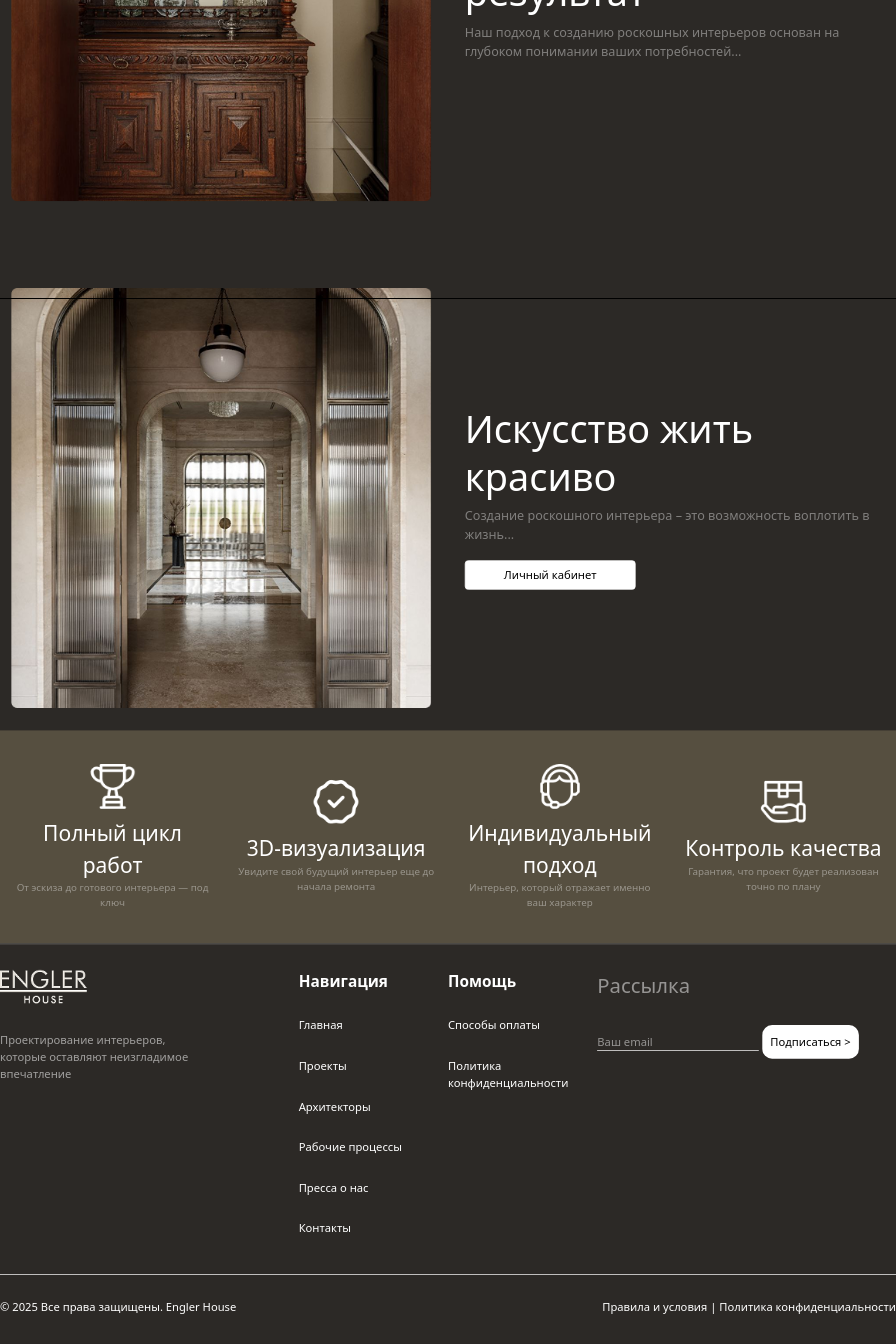
Repository: Quvonch299/figma
Page: pages/index.htm
These files come from the project's save history. The page is drawn as it stood at one moment and after the next save; the edit follows.
The browser window is 1280 px wide. The pictures show the part of the page from y = 2478 to 4398 px (the page is 4398 px tall before and 4288 px after), at 70% of full size.

Above is the page before, as saved 2025-10-06 20:06:42.

After the next save:
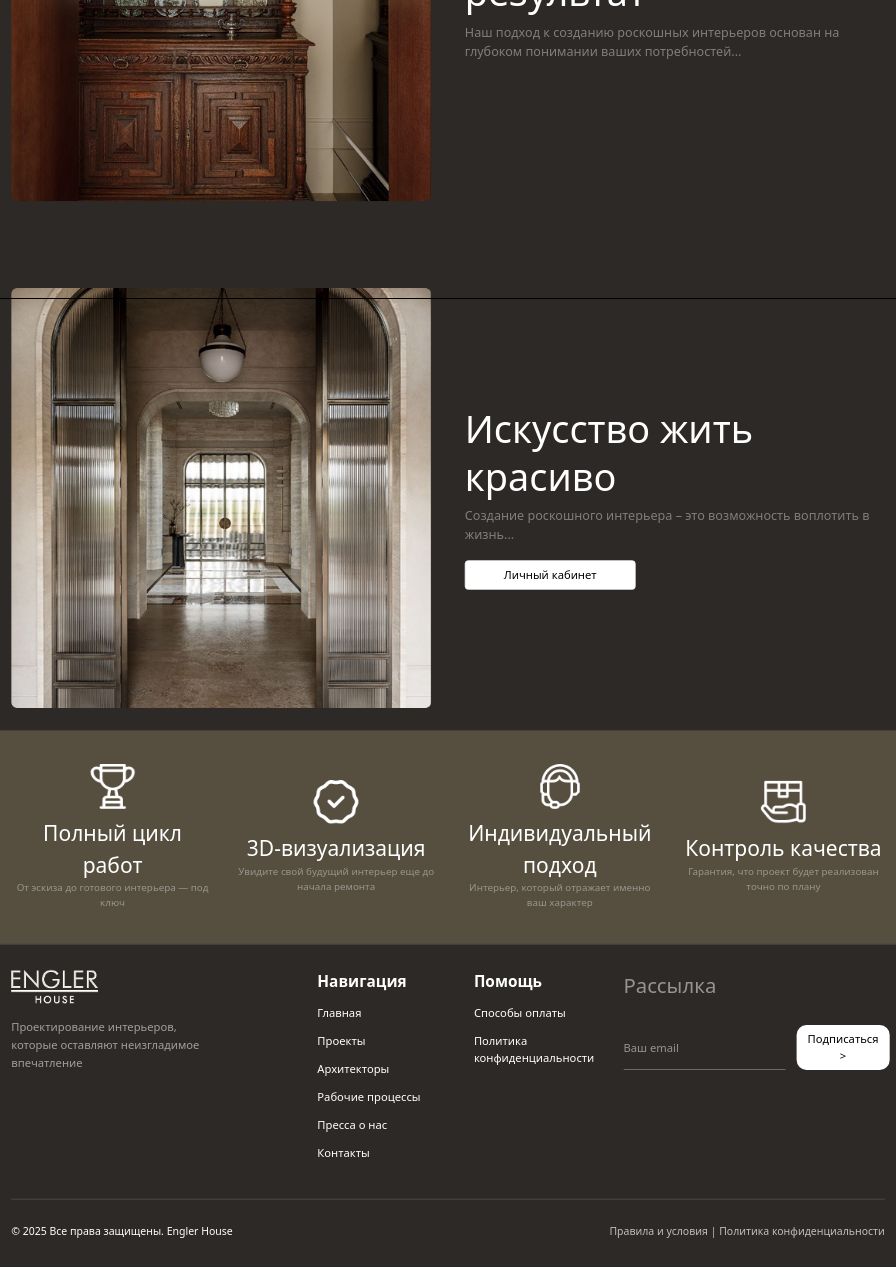
Saved 2 min 49 s later.
--- a/pages/index.htm
+++ b/pages/index.htm
@@ -194,51 +194,63 @@
         </section>
 
     </main>
-    <footer class="footer bg-[#2C2926] border-t-2 border-white/20  pt-9 pb-10 ">
-        <div class="container">
-            <div class="f_contant ">
-                <div class="itemas text-white grid grid-cols-3 pb-[54px]">
-                    <div class="1 ">
-
-                        <img src="./imgs/foote logo.png" alt="">
-                        <p class="text-white/55 pt-10">Проектирование интерьеров,<br>
-                            которые оставляют неизгладимое<br> впечатление</p>
-                    </div>
-                    <div class="2 grid grid-cols-2 gsp-[74px]">
-                        <div class="flex gap-[34px] flex-col">
-                            <h2 class="text-[22px] font-bold">Навигация</h2>
-                            <a href="#">Главная</a>
-                            <a href="#">Проекты</a>
-                            <a href="#">Архитекторы</a>
-                            <a href="#">Рабочие процессы</a>
-                            <a href="#">Пресса о нас</a>
-                            <a href="#">Контакты</a>
-                        </div>
-                        <div class="flex flex-col gap-[34px]">
-                            <h2 class="text-[22px] font-bold">Помощь</h2>
-                            <a href="">Способы оплаты</a>
-                            <a href="">Политика конфиденциальности </a>
-                        </div>
-                    </div>
-                    <div class="3 flex flex-col gap-[36px]">
-                        <div>
-                            <h2 class="text-[29px] text-white/50">Рассылка</h2>
-                        </div>
-                        <form>
-
-                            <input class="outline-none border-b" type="email" placeholder="Ваш email" name="" id="">
-                            <button class="bg-white text-black p-3 rounded-[14px]">Подписаться ></button>
+    <footer class="footer bg-[#2C2926] border-t-2 border-white/20 pt-8 md:pt-9 pb-8 md:pb-10">
+        <div class="container px-4">
+            <div class="f_contant">
+                <!-- Top content -->
+                <div class="itemas text-white grid grid-cols-1 md:grid-cols-3 gap-10 md:gap-16 pb-8 md:pb-[54px]">
+
+                    <!-- Column 1 -->
+                    <div class="flex flex-col items-start gap-5">
+                        <img src="./imgs/foote logo.png" alt="logo" class="w-[140px] md:w-auto">
+                        <p class="text-white/55 text-[14px] sm:text-[16px] leading-relaxed">
+                            Проектирование интерьеров,<br>
+                            которые оставляют неизгладимое<br> впечатление
+                        </p>
+                    </div>
+
+                    <div class="grid grid-cols-2 gap-6 md:gap-[74px]">
+                        <div class="flex flex-col gap-3 sm:gap-4">
+                            <h2 class="text-[18px] sm:text-[20px] md:text-[22px] font-bold">Навигация</h2>
+                            <a href="#" class="hover:text-white/70 transition">Главная</a>
+                            <a href="#" class="hover:text-white/70 transition">Проекты</a>
+                            <a href="#" class="hover:text-white/70 transition">Архитекторы</a>
+                            <a href="#" class="hover:text-white/70 transition">Рабочие процессы</a>
+                            <a href="#" class="hover:text-white/70 transition">Пресса о нас</a>
+                            <a href="#" class="hover:text-white/70 transition">Контакты</a>
+                        </div>
+                        <div class="flex flex-col gap-3 sm:gap-4">
+                            <h2 class="text-[18px] sm:text-[20px] md:text-[22px] font-bold">Помощь</h2>
+                            <a href="#" class="hover:text-white/70 transition">Способы оплаты</a>
+                            <a href="#" class="hover:text-white/70 transition">Политика конфиденциальности</a>
+                        </div>
+                    </div>
+
+                    <div class="flex flex-col gap-4 md:gap-[36px]">
+                        <h2 class="text-[22px] sm:text-[25px] md:text-[29px] text-white/50">Рассылка</h2>
+                        <form class="flex flex-col sm:flex-row gap-3 sm:gap-4 w-full">
+                            <input
+                                class="outline-none border-b border-white/40 bg-transparent text-white placeholder-white/50 py-2 w-full sm:w-auto flex-1"
+                                type="email" placeholder="Ваш email" required>
+                            <button
+                                class="bg-white text-black py-2 px-4 rounded-[10px] sm:rounded-[14px] font-medium w-full sm:w-auto">
+                                Подписаться &gt;
+                            </button>
                         </form>
                     </div>
-                </div>
-                <div class="text-white flex justify-between border-t pt-[34px]">
+
+                </div>
+
+                <div
+                    class="text-white flex flex-col md:flex-row justify-between items-start md:items-center border-t border-white/20 pt-5 md:pt-[34px] gap-3 md:gap-0 text-[13px] sm:text-[15px]">
                     <h2>© 2025 Все права защищены. Engler House</h2>
-                    <h2>Правила и условия | Политика конфиденциальности</h2>
+                    <h2 class="text-white/70">Правила и условия | Политика конфиденциальности</h2>
                 </div>
             </div>
         </div>
     </footer>
 
+
     <script src="./app.js"></script>
 
 
